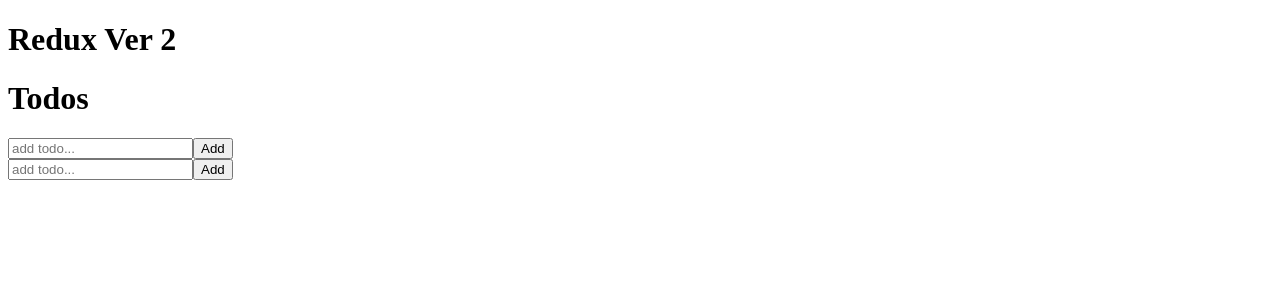
Repository: huynhnt1406/react-redux-tutorial
Page: / (app in redux-v2/)
The author's editor kept a copy of each file at every save. The page is drawn from the files as they stood at one save, then again after the next save.
The browser window is 1280 px wide. The pictures show the whole page.
The project was rebuilt for these pictures with package versions that can differ from the ones it lists, and the page was loaded fresh each time.

Above is the page before, as saved 2021-06-19 02:02:12.

After the next save:
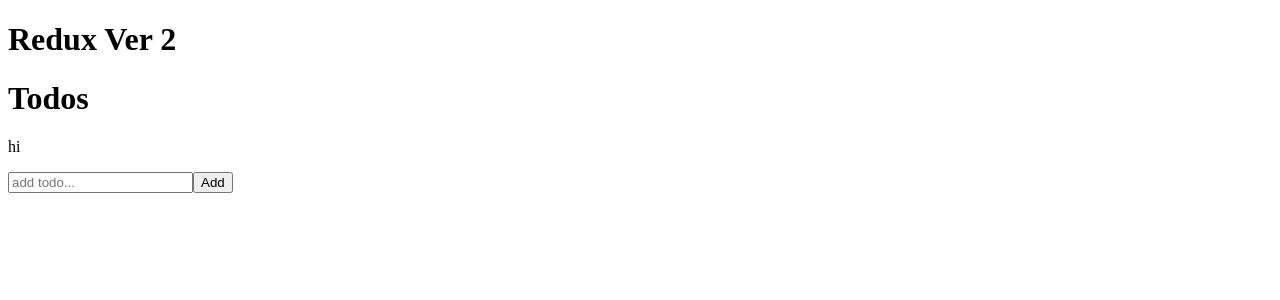
Saved 14 s later.
--- a/redux-v2/src/component/Todos.jsx
+++ b/redux-v2/src/component/Todos.jsx
@@ -1,11 +1,12 @@
 import React from 'react'
 import TodoForm from './TodoForm'
+import TodoItem from './TodoItem'
 
 function Todos() {
     return (
         <div>
             <h1>Todos</h1>
-            <TodoForm/>
+            <TodoItem/>
         </div>
     )
 }
